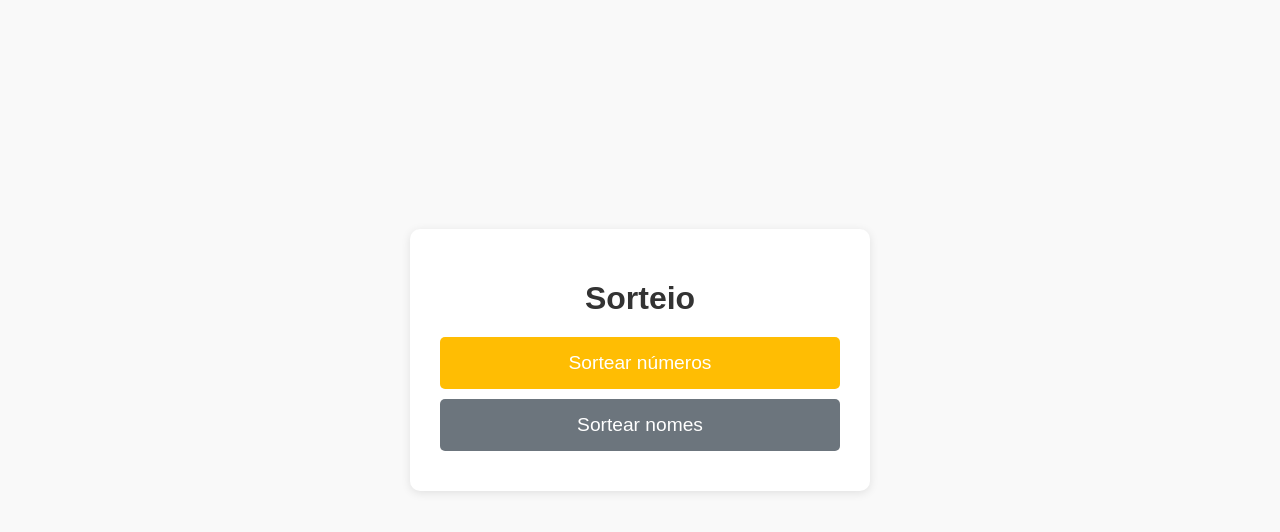
Repository: Matheus904-12/sorte
Page: index.html
The author's editor kept a copy of each file at every save. The page is drawn from the files as they stood at one save, then again after the next save.
The browser window is 1280 px wide. The pictures show the whole page.

Above is the page before, as saved 2023-09-10 19:21:53.

### index.html
<!DOCTYPE html>
<html lang="pt-br">
<head>
  <meta charset="UTF-8">
  <title>Sorteio</title>
  <link rel="stylesheet" href="style.css">
<script> src="main.js" </script>
</head>
<body>
  <div class="container">
    <h1>Sorteio</h1>
    <div class="options">
      <a href="sorteio-numeros.html" class="option">Sortear números</a>
      <a href="sorteio-nomes.html" class="option">Sortear nomes</a>
    </div>
  </div>
</body>
</html>

### style.css
body {
  font-family: 'Arial', sans-serif;
  background-color: #f9f9f9;
  margin: 0;
  display: flex;
  justify-content: center;
  align-items: center;
  height: 100vh;
}

.container {
  background-color: #fff;
  border-radius: 10px;
  box-shadow: 0 2px 10px rgba(0, 0, 0, 0.1);
  padding: 30px;
  max-width: 400px;
  width: 100%;
  text-align: center;
}

h1 {
  font-size: 2em;
  margin-bottom: 20px;
  color: #333;
}

.options a {
  display: block;
  text-decoration: none;
  margin: 10px 0;
  padding: 15px 0;
  border-radius: 5px;
  background-color: #ffbd03;
  color: #fff;
  font-size: 1.2em;
  transition: background-color 0.3s;
}

.options a:hover {
  background-color: #ffd700;
}

.options a:last-child {
  background-color: #6c757d;
}

.options a:last-child:hover {
  background-color: #545b62;
}

a.btn-secondary {
  color: #fff;
  border: none;
  background-color: #6c757d;
  border-radius: 5px;
  text-decoration: none;
  font-size: 1.2em;
  padding: 10px 20px;
  transition: background-color 0.3s;
}

a.btn-secondary:hover {
  background-color: #545b62;
}

After the next save:
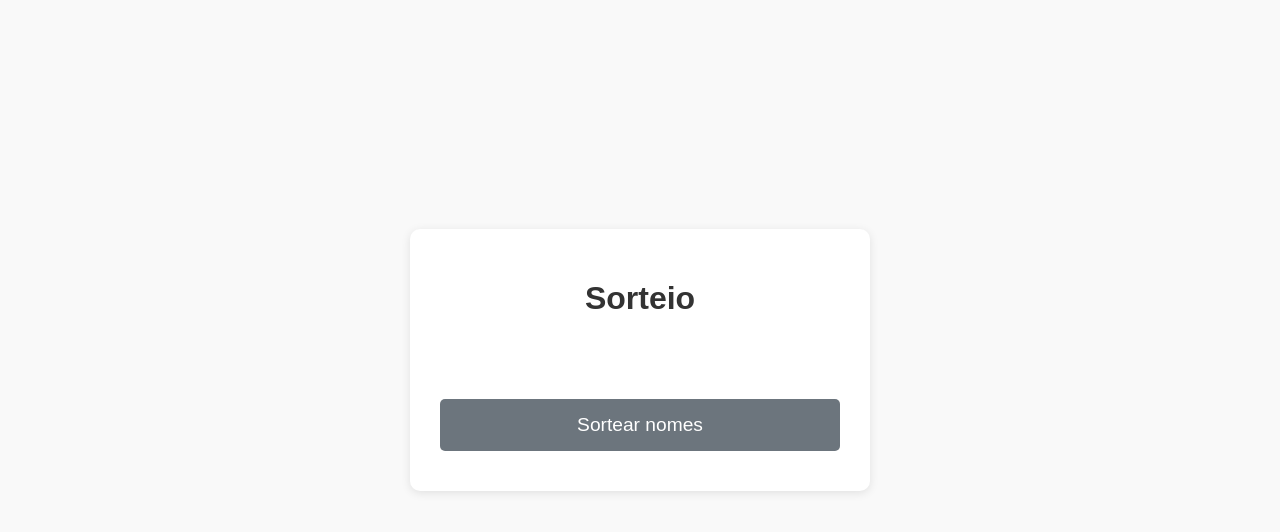
Saved 25 s later.
--- a/style.css
+++ b/style.css
@@ -30,7 +30,7 @@ h1 {
   margin: 10px 0;
   padding: 15px 0;
   border-radius: 5px;
-  background-color: #ffbd03;
+  background-color: #ff;
   color: #fff;
   font-size: 1.2em;
   transition: background-color 0.3s;
